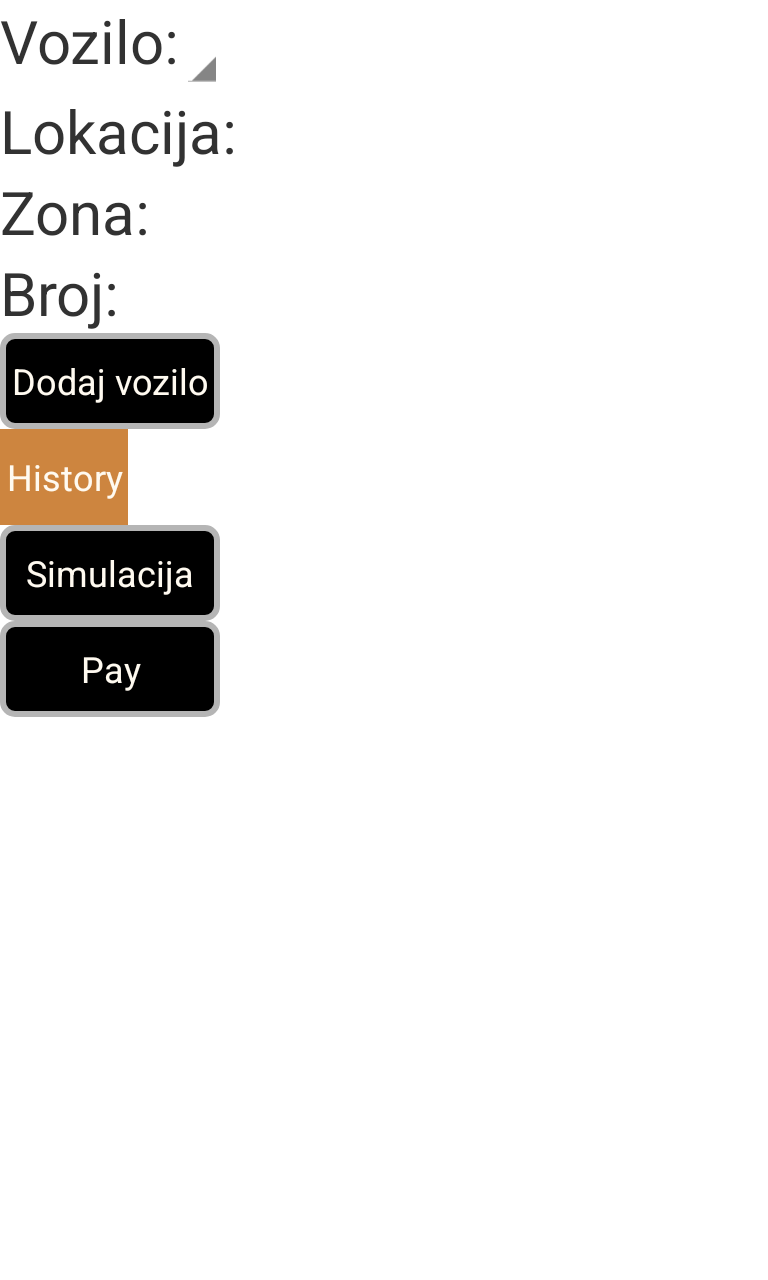
Repository: Kondorcom/GPS_parking
Layout: GPSParking/res/layout/activity_main.xml
The author's editor kept a copy of each file at every save. The layout is drawn from the files as they stood at one save, then again after the next save.
It is drawn on a 768 x 1280 px phone screen (xhdpi) without system bars, with theme AppTheme; the app's code is not run. The app's manifest (not shown) leaves right-to-left support off. So textAlignment, textDirection and layoutDirection are ignored, and left and right values win over start and end ones.

Above is the layout before, as saved 2016-05-16 11:12:06.

### GPSParking/res/layout/activity_main.xml
<LinearLayout xmlns:android="http://schemas.android.com/apk/res/android"
    xmlns:tools="http://schemas.android.com/tools"
    android:layout_width="match_parent"
    android:layout_height="match_parent"
    android:layout_margin="10dp"
    android:orientation="vertical" >

    <LinearLayout
        android:layout_width="match_parent"
        android:gravity="start"
        android:layout_height="wrap_content" >

        <TextView
            android:id="@+id/textView1"
            android:layout_width="wrap_content"
            android:layout_height="wrap_content"
            android:text="Vozilo:"
            android:textSize="30sp" />

        <Spinner
            android:id="@+id/spinner1"
            android:layout_width="wrap_content"
            android:layout_height="45dp" />
    </LinearLayout>

    <LinearLayout
        android:id="@+id/LinearLayout4"
        android:layout_width="match_parent"
        android:layout_height="wrap_content" >

        <TextView
            android:id="@+id/textView2"
            android:layout_width="wrap_content"
            android:layout_height="wrap_content"
            android:text="@string/lokacija"
            android:textSize="30sp" />

        <TextView
            android:id="@+id/textView4"
            android:layout_width="wrap_content"
            android:layout_height="wrap_content"
            android:layout_marginStart="10dp"
            android:layout_weight="0.04"
            android:text=""
            android:textSize="30sp" />

    </LinearLayout>

    <LinearLayout
        android:layout_width="match_parent"
        android:layout_height="wrap_content" >

        <TextView
            android:id="@+id/textView3"
            android:layout_width="wrap_content"
            android:layout_height="wrap_content"
            android:text="@string/zona"
            android:textSize="30sp" />

        <TextView
            android:id="@+id/textView5"
            android:layout_width="wrap_content"
            android:layout_height="wrap_content"
            android:layout_marginLeft="20dp"

            android:text=""
            android:textSize="30sp" />

    </LinearLayout>

    <LinearLayout
        android:layout_width="match_parent"
        android:layout_height="wrap_content" >

        <LinearLayout
            android:layout_width="wrap_content"
            android:layout_height="match_parent" >

            <TextView
                android:id="@+id/textView6"
                android:layout_width="wrap_content"
                android:layout_height="wrap_content"
                android:text="@string/broj"
                android:textSize="30sp" />
        </LinearLayout>

        <TextView
            android:id="@+id/textView7"
            android:layout_width="wrap_content"
            android:layout_height="wrap_content"
            android:text=""
            android:textSize="30sp" />
    </LinearLayout>

    <LinearLayout
        android:layout_width="match_parent"
        android:layout_height="wrap_content" >

        <Button
            android:id="@+id/button5"
            android:layout_width="wrap_content"
            android:layout_height="wrap_content"
            android:text="@string/addVozilo2"
            android:onClick="gotoDodaj"
            android:textColor="#fffaf0"
             android:background="@drawable/btn_shape"
             />

    </LinearLayout>

    <LinearLayout
        android:layout_width="match_parent"
        android:layout_height="wrap_content"
        android:orientation="vertical" >

        <Button
            android:id="@+id/button2"
            android:layout_width="wrap_content"
            android:layout_height="wrap_content"
            android:onClick="gotoHistory"
            android:text="@string/history"

            android:textColor="#fffaf0"

             android:background="@drawable/press_me"
            />
    </LinearLayout>


    <Button
        android:id="@+id/button4"
        android:layout_width="wrap_content"
        android:layout_height="wrap_content"
        android:textColor="#fffaf0"
             android:background="@drawable/btn_shape"

        android:text="@string/update" />

    <LinearLayout
        android:layout_width="match_parent"
        android:layout_height="wrap_content"
        android:orientation="vertical" >

        <Button
            android:id="@+id/button3"
            android:layout_width="wrap_content"
            android:layout_height="wrap_content"
            android:text="@string/pay"
            android:textColor="#fffaf0"
             android:background="@drawable/btn_shape" />

    </LinearLayout>

</LinearLayout>

### GPSParking/res/values/strings.xml
<?xml version="1.0" encoding="utf-8"?>
<resources>

    <string name="app_name">GPS Parking</string>
    <string name="hello_world">Hello world!</string>
    <string name="action_settings">Settings</string>
    <string name="lokacija">Lokacija:</string>
    <string name="Plus">+</string>
    <string name="addVozilo">Ime vozila</string>
    <string name="addTablica">Registracija</string>
    <string name="addVozilo2">Dodaj vozilo</string>
    <string name="history">History</string>
    <string name="update">Simulacija</string>
    <string name="pay">Pay</string>
    <string name="zona">Zona:</string>
    <string name="broj">Broj:</string>
    <string name="title_activity_vozilo">VoziloActivity</string>
    <string name="Vehicle">Vehicle</string>
    <string name="Plate">Plate</string>
    <string name="City">City</string>
    <string name="Zone">Zone</string>
    <string name="Date">Date</string>
    <string name="Time">Time</string>
    <string name="hint_vehicle">Vehicle name</string>
    <string name="hint_registration">Registration</string>

</resources>

### GPSParking/res/drawable/btn_shape.xml
<?xml version="1.0" encoding="utf-8"?>

<shape xmlns:android="http://schemas.android.com/apk/res/android" android:shape="rectangle" >
<corners
android:radius="6dp"
/>
<solid
android:color="#000000"
/>
<padding
android:left="0dp"
android:top="0dp"
android:right="0dp"
android:bottom="0dp"
/>
<size
android:width="110dp"
android:height="30dp"

/>
<stroke
android:width="3dp"
android:color="#B5B5B5"

/>
</shape>

### GPSParking/res/drawable/press_me.xml
<?xml version="1.0" encoding="utf-8"?>
<selector xmlns:android="http://schemas.android.com/apk/res/android" >


 <!-- default -->
<item android:state_pressed="false" android:state_focused="false">
    <shape >
        <solid  android:color="#CD853F" />
     </shape>
</item>

<!-- button focused -->
<item android:state_pressed="false" android:state_focused="true">
    <shape >
    <solid
            android:color="#00ff00" />
     </shape>
</item>
<!-- button pressed -->
<item android:state_pressed="true" android:state_focused="false">
    <shape >
        <solid
            android:color="#00ff00" />
    </shape>
</item> </selector>

Loaded but not shown: GPSParking/res/values/styles.xml (common file); GPSParking/res/values-v11/styles.xml (common file); GPSParking/res/values-v14/styles.xml (common file)

After the next save:
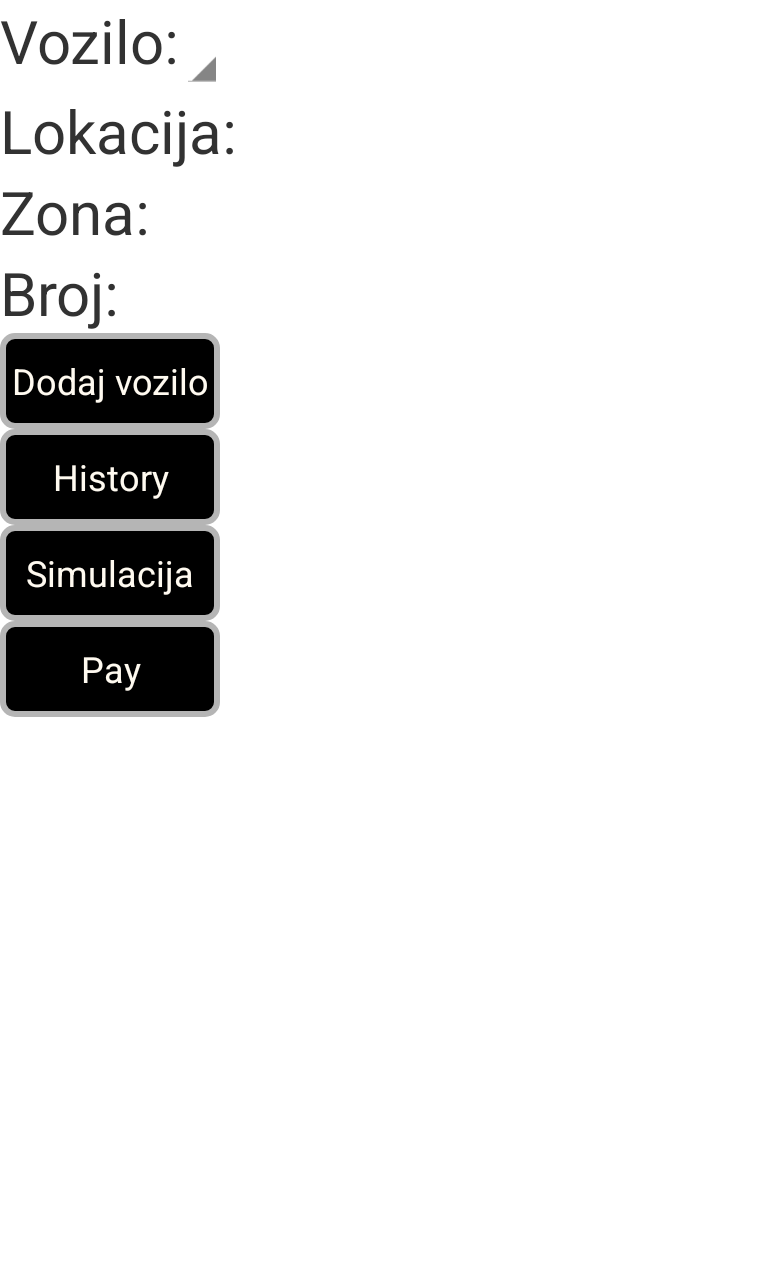
Saved 50 s later.
--- a/GPSParking/res/layout/activity_main.xml
+++ b/GPSParking/res/layout/activity_main.xml
@@ -121,8 +121,8 @@
             android:text="@string/history"
 
             android:textColor="#fffaf0"
+             android:background="@drawable/btn_shape"
 
-             android:background="@drawable/press_me"
             />
     </LinearLayout>
 
